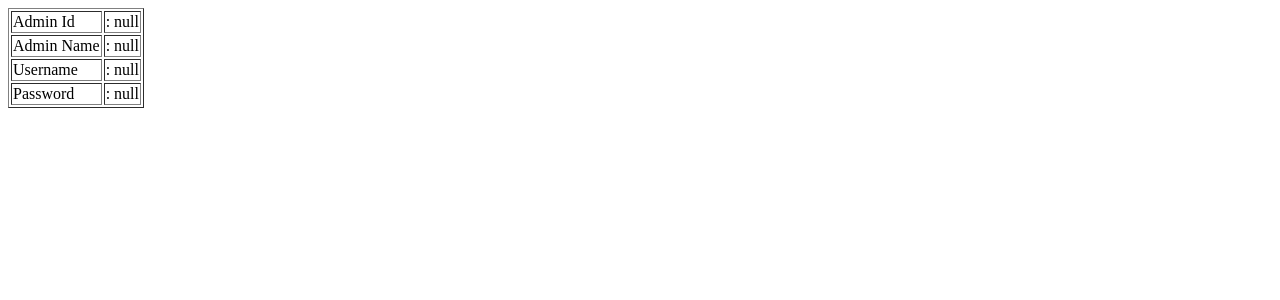
Repository: vishaltawar/J2EE-WEJE-2
Page: http://localhost/studentapp/AdminRegistrationDB.jsp
An editor plug-in stored every save of this project. The page is shown before and after the next save, followed by the edit.
The browser window is 1280 px wide. The pictures show the whole page.
The page is served by Tomcat 9.

Above is the page before, as saved 2022-12-25 16:43:50.

### studentapp/src/main/webapp/AdminRegistrationDB.jsp
<%@page import="java.sql.DriverManager"%>
<%@page import="java.sql.Connection"%>
<%@page import="java.sql.PreparedStatement"%>
<%@page import="java.io.IOException"%>
<%@page import="java.sql.SQLException"%>
<%@page import="javax.servlet.ServletException"%>
<%@page import="javax.servlet.annotation.WebServlet"%>
<%@page import="javax.servlet.http.HttpServlet"%>
<%@page import="javax.servlet.ServletException"%>
<%@ page language="java" contentType="text/html; charset=UTF-8"
	pageEncoding="UTF-8"%>

<%!Connection connection;
	PreparedStatement statement;
	int result = 0;%>

<%
try {
%>
<%
Class.forName("com.mysql.cj.jdbc.Driver");
connection = DriverManager.getConnection("jdbc:mysql://localhost:3306/studentapp", "root", "root");
String query = "insert into studentadmin values(?,?,?,?)";
statement = connection.prepareStatement(query);
statement.setString(1, request.getParameter("id"));
statement.setString(2, request.getParameter("name"));
statement.setString(3, request.getParameter("username"));
statement.setString(4, request.getParameter("password"));
int result = statement.executeUpdate();
%>

<%
if (result != 0) {
%>
<h1><%=result + " Record Successfully Saved In Database."%></h1>
<%
}
%>
<%
} catch (ClassNotFoundException e) {
%>
<%=e%>
<%
} catch (SQLException e) {
%>
<%=e%>
<%
} finally {
if (connection != null) {
	try {
		connection.close();
	} catch (SQLException e) {
%>
<%=e%>
<%
}
}
if (statement != null) {
try {
statement.close();
} catch (SQLException e) {
%>
<%=e%>
<%
}
}
}
%>

<!DOCTYPE html>
<html>
<head>
<meta charset="UTF-8">
<title>Admin Registration Details</title>
</head>
<body>
	<table border="1px solid">
		<tr>
			<td>Admin Id</td>
			<td>: <%=request.getParameter("id")%></td>
		</tr>
		<tr>
			<td>Admin Name</td>
			<td>: <%=request.getParameter("name")%></td>
		</tr>
		<tr>
			<td>Username</td>
			<td>: <%=request.getParameter("username")%></td>
		</tr>
		<tr>
			<td>Password</td>
			<td>: <%=request.getParameter("password")%></td>
		</tr>
	</table>

</body>
</html>

After the next save:
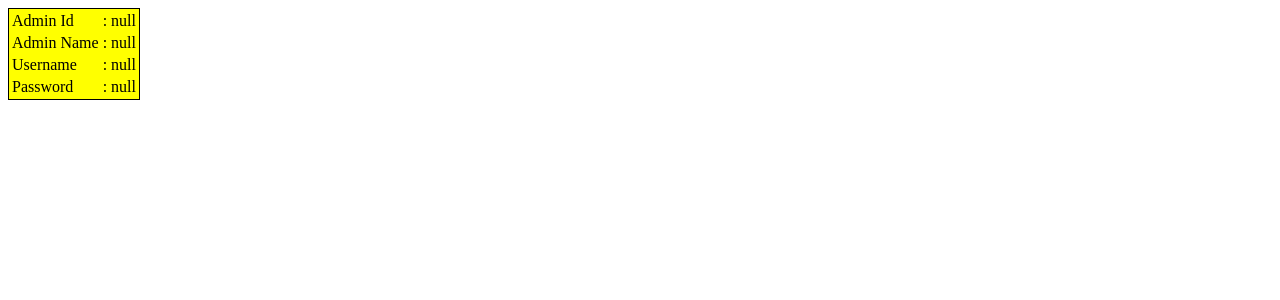
Saved 2 min 1 s later.
--- a/studentapp/src/main/webapp/AdminRegistrationDB.jsp
+++ b/studentapp/src/main/webapp/AdminRegistrationDB.jsp
@@ -74,7 +74,7 @@
 <title>Admin Registration Details</title>
 </head>
 <body>
-	<table border="1px solid">
+	<table style="background-color:yellow; border: 1px solid;">
 		<tr>
 			<td>Admin Id</td>
 			<td>: <%=request.getParameter("id")%></td>
